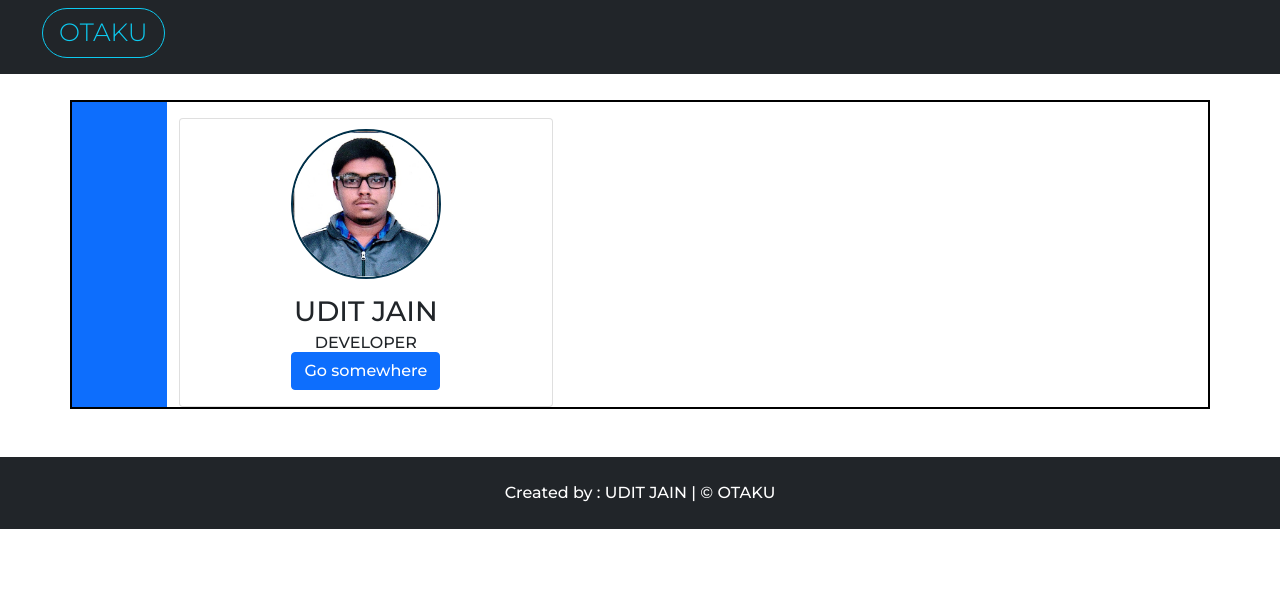
Repository: uditjain100/Responsive-Resume
Page: layouts/index.html
The author's editor kept a copy of each file at every save. The page is drawn from the files as they stood at one save, then again after the next save.
The browser window is 1280 px wide. The pictures show the whole page.
Some web libraries are served in a nearby version.

Above is the page before, as saved 2021-03-01 13:51:15.

### layouts/index.html
<!DOCTYPE html>
<html lang="en">
  <head>
    <meta charset="UTF-8" />
    <meta http-equiv="X-UA-Compatible" content="IE=edge" />
    <meta name="viewport" content="width=device-width, initial-scale=1.0" />
    <title>Udit Jain</title>
    <link rel="stylesheet" href="app.css" />
    <link
      href="https://cdn.jsdelivr.net/npm/bootstrap@5.0.0-beta1/dist/css/bootstrap.min.css"
      rel="stylesheet"
      integrity="sha384-giJF6kkoqNQ00vy+HMDP7azOuL0xtbfIcaT9wjKHr8RbDVddVHyTfAAsrekwKmP1"
      crossorigin="anonymous"
    />

    <link rel="preconnect" href="https://fonts.gstatic.com" />
    <link
      href="https://fonts.googleapis.com/css2?family=Montserrat:wght@300;500&display=swap"
      rel="stylesheet"
    />
    <link
      href="https://fonts.googleapis.com/css2?family=Roboto+Slab:wght@300&display=swap"
      rel="stylesheet"
    />
    <link
      href="https://fonts.googleapis.com/css2?family=Spartan:wght@500&display=swap"
      rel="stylesheet"
    />
    <link
      href="https://fonts.googleapis.com/css2?family=Red+Hat+Display&display=swap"
      rel="stylesheet"
    />
    <link
      href="https://fonts.googleapis.com/css2?family=Ubuntu:wght@300&display=swap"
      rel="stylesheet"
    />
    <link
      href="https://fonts.googleapis.com/css2?family=Quicksand:wght@700&display=swap"
      rel="stylesheet"
    />
    <link
      href="https://fonts.googleapis.com/css2?family=Nunito&display=swap"
      rel="stylesheet"
    />
  </head>
  <body>
    <header class="header">
      <nav class="navbar navbar-expand-lg navbar-light bg-dark pb-3 fixed-top">
        <div class="container-fluid">
          <a
            id="navtitle"
            class="navbar-brand text-info px-3 rounded-pill border border-info"
            href="#"
            >OTAKU</a
          >
        </div>
      </nav>
    </header>

    <div class="container">
      <div id="wholewindow" class="row">
        <div class="col-1 bg-primary"></div>
        <div id="leftwindow" class="col-5 mt-3">
          <div id="namebox" class="card col-10">
            <img id="profileimg" src="profile.jpg" class="card-img-top" alt="..." />
            <div class="card-body">
              <h3 class="card-title">UDIT JAIN</h5>
              <h6 class="card-subtitle"> DEVELOPER </h6>
              <a href="#" class="btn btn-primary">Go somewhere</a>
            </div>
          </div>
        </div>
        <div id="rightwindow" class="col-6"></div>
      </div>
    </div>

    <footer class="footer bg-dark mt-5 py-4">
      <div class="container">
        <span class="" style="text-align: center"
          >Created by : UDIT JAIN | &copy; OTAKU</span
        >
      </div>
    </footer>

    <script
      src="https://cdn.jsdelivr.net/npm/@popperjs/core@2.6.0/dist/umd/popper.min.js"
      integrity="sha384-KsvD1yqQ1/1+IA7gi3P0tyJcT3vR+NdBTt13hSJ2lnve8agRGXTTyNaBYmCR/Nwi"
      crossorigin="anonymous"
    ></script>
    <script
      src="https://cdn.jsdelivr.net/npm/bootstrap@5.0.0-beta2/dist/js/bootstrap.min.js"
      integrity="sha384-nsg8ua9HAw1y0W1btsyWgBklPnCUAFLuTMS2G72MMONqmOymq585AcH49TLBQObG"
      crossorigin="anonymous"
    ></script>

    <script src="https://cdnjs.cloudflare.com/ajax/libs/typed.js/2.0.11/typed.min.js"></script>

    <script src="app.js"></script>
  </body>
</html>

### layouts/app.css
/* * Common Section */

@keyframes transitionIn {
  from {
    opacity: 0;
    transform: rotateY(-10deg);
  }
  to {
    opacity: 1;
    transform: rotateY(0);
  }
}

html {
  animation: transitionIn 1s;
}

/* * Navbar Section */

#navtitle {
  font-family: "Montserrat";
  font-size: 25px;
  font-weight: 300;
  margin-left: 30px;
}

#navlist li {
  font-family: "Montserrat";
  font-weight: 200;
  margin: 10px;
  padding: 10px;
  font-size: 20px;
  transition: 0.1s;
  display: flex;
  flex-direction: column-reverse;
  align-items: center;
}

#navlist li img {
  width: 30px;
  display: none;
  height: 30px;
  margin: 5px;
  border-radius: 50%;
}

#navlist li:hover {
  font-weight: 500;
  border-bottom-left-radius: 10%;
  border-bottom-right-radius: 10%;
  border-bottom: 2px white solid;
}

@media (max-width: 993px) {
  #navlist li img {
    display: flex;
    background-color: grey;
  }
}

/*  ********************* resume work */

#wholewindow {
  margin-top: 100px;
  border: 2px black solid;
}

#namebox {
  display: flex;
  flex-direction: column;
  flex-wrap: wrap;
  justify-content: space-evenly;
  align-items: center;
  text-align: center;
  font-family: "Montserrat";
}

#profileimg {
  width: 150px;
  height: 150px;
  border-radius: 50%;
  border: 2px #003049 solid;
  margin-top: 10px;
}

/* * Common Section */

.footer {
  position: -webkit-sticky;
  left: 0;
  bottom: 0;
  width: 100%;
  color: white;
  text-align: center;
  font-family: "Montserrat";
}

Loaded but not shown: layouts/app.js (no copy from this time; the picture is the same without it)

After the next save:
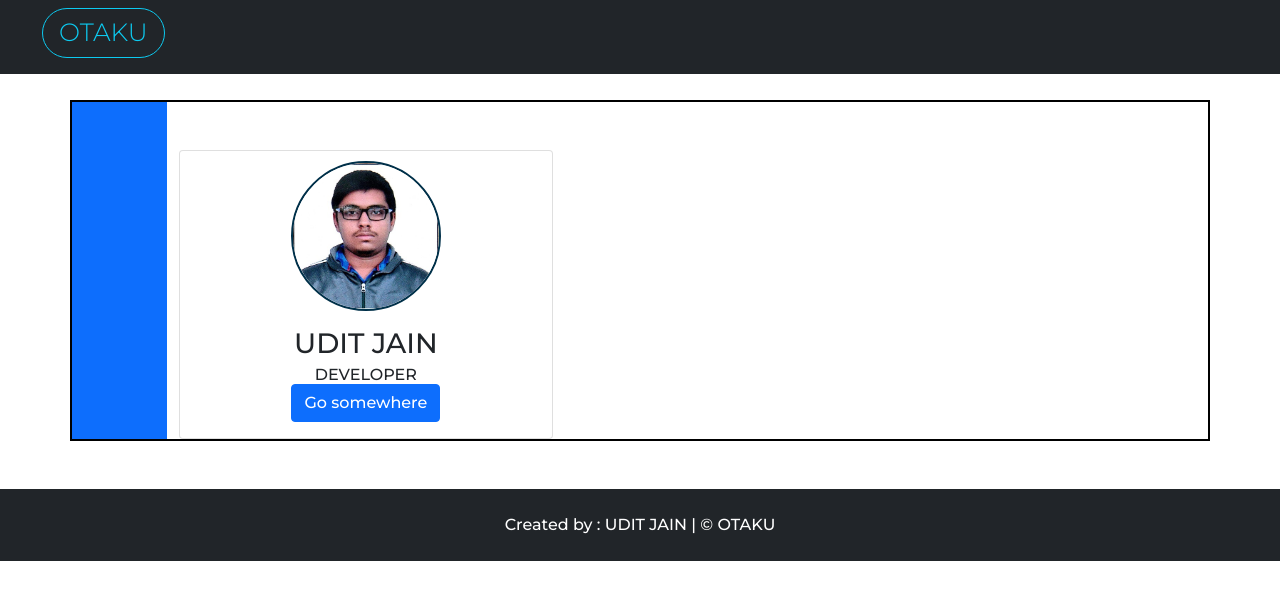
Saved 8 s later.
--- a/layouts/index.html
+++ b/layouts/index.html
@@ -60,7 +60,7 @@
     <div class="container">
       <div id="wholewindow" class="row">
         <div class="col-1 bg-primary"></div>
-        <div id="leftwindow" class="col-5 mt-3">
+        <div id="leftwindow" class="col-5 mt-5">
           <div id="namebox" class="card col-10">
             <img id="profileimg" src="profile.jpg" class="card-img-top" alt="..." />
             <div class="card-body">
